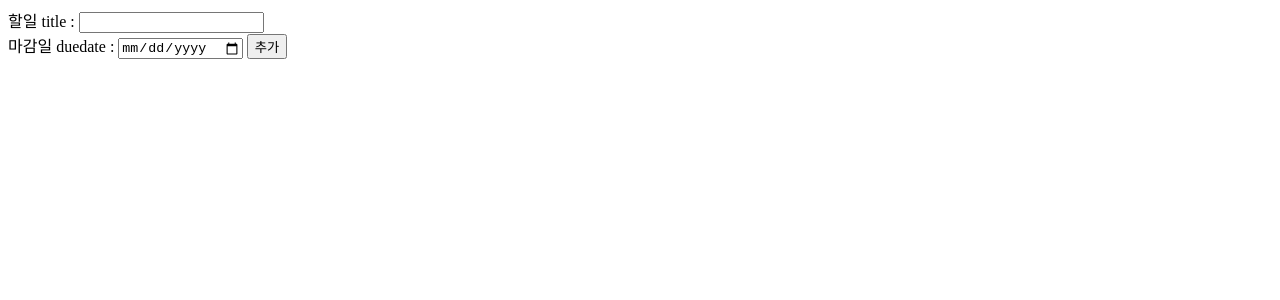
Repository: JaeWon-Sim/Project
Page: workspace_java/_3projectDbcp/src/main/webapp/register.html
An editor plug-in stored every save of this project. The page is shown before and after the next save, followed by the edit.
The browser window is 1280 px wide. The pictures show the whole page.

Above is the page before, as saved 2025-08-18 06:17:05.

After the next save:
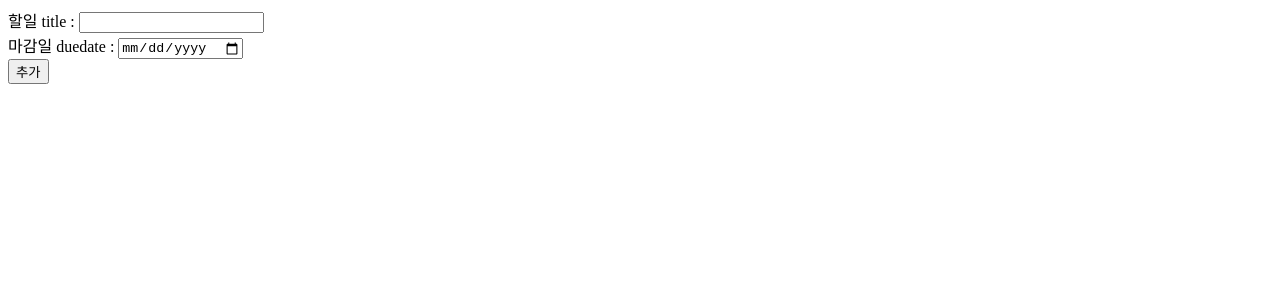
Saved 7 s later.
--- a/workspace_java/_3projectDbcp/src/main/webapp/register.html
+++ b/workspace_java/_3projectDbcp/src/main/webapp/register.html
@@ -7,7 +7,7 @@
 <body>
 	<form method="post" action="todo">
 	할일 title : <input type="text" name = "title"><br>
-	마감일 duedate : <input type="date" name = "duedate">
+	마감일 duedate : <input type="date" name = "duedate"><br>
 	<input type="submit" value="추가">
 	</form>
 </body>
